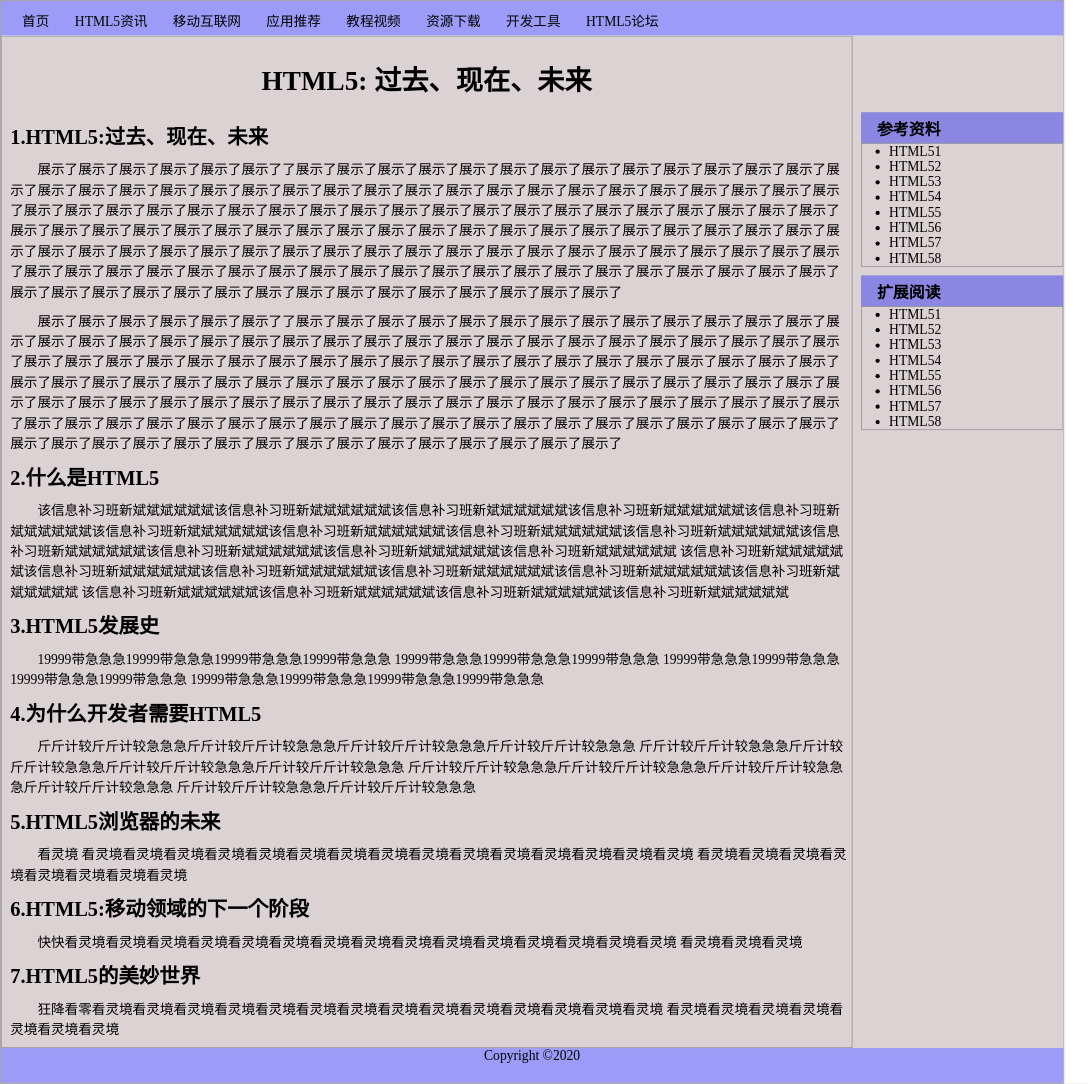
Repository: LstHeart/html-learning
Page: css/案例作业2.html
These files come from the project's save history. The page is drawn as it stood at one moment and after the next save; the edit follows.
The browser window is 1280 px wide. The pictures show the whole page, at 85% of full size.

Above is the page before, as saved 2021-01-06 01:56:50.

After the next save:
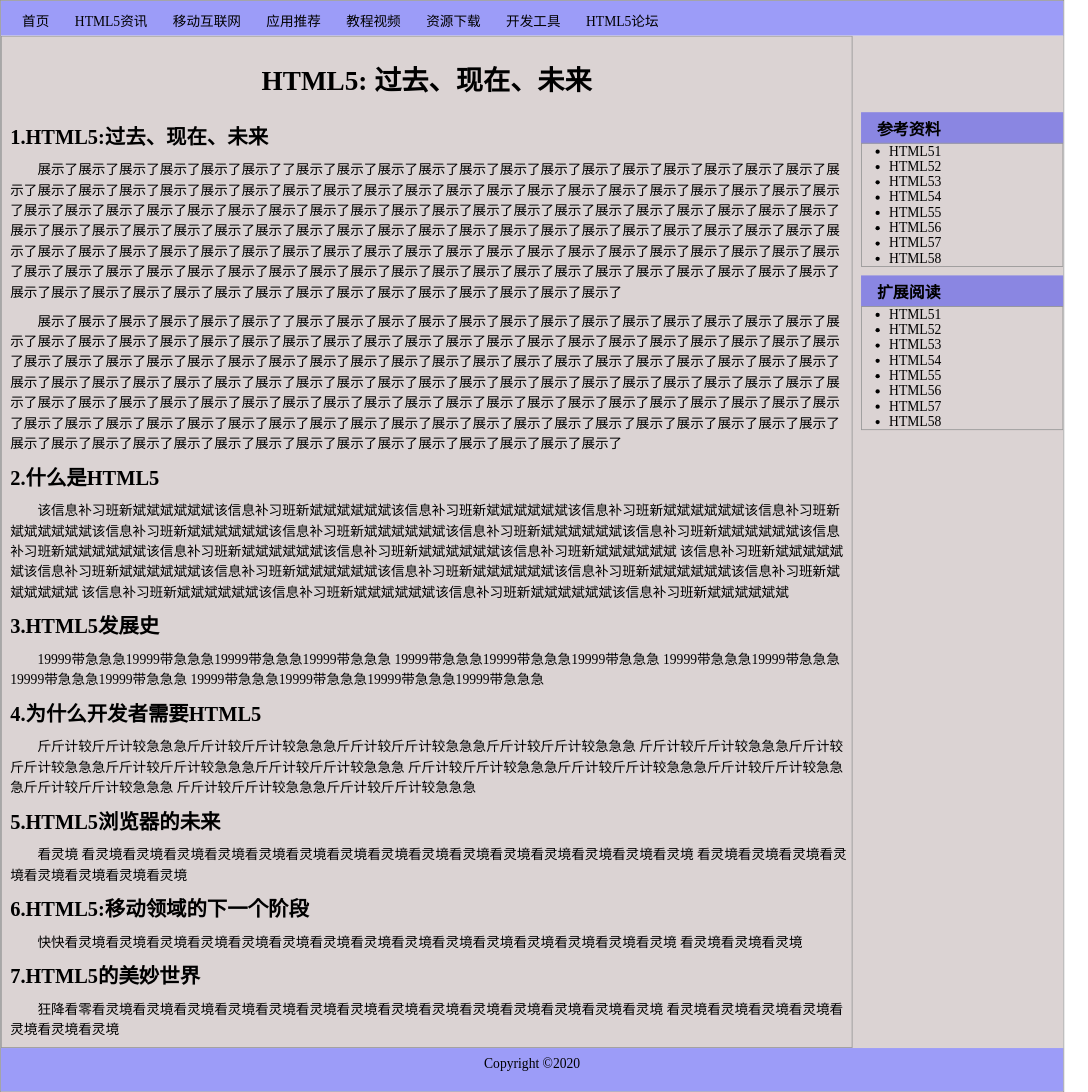
Saved 74 s later.
--- a/css/html5.css
+++ b/css/html5.css
@@ -89,7 +89,7 @@
 }
 .footer{
     /* height: 40px; */
-    margin-top: 0;
-    /* padding-top: 10px; */
+    /* margin-top: 0; */
+    padding-top: 10px;
     vertical-align:middle;
 }

After the save that followed:
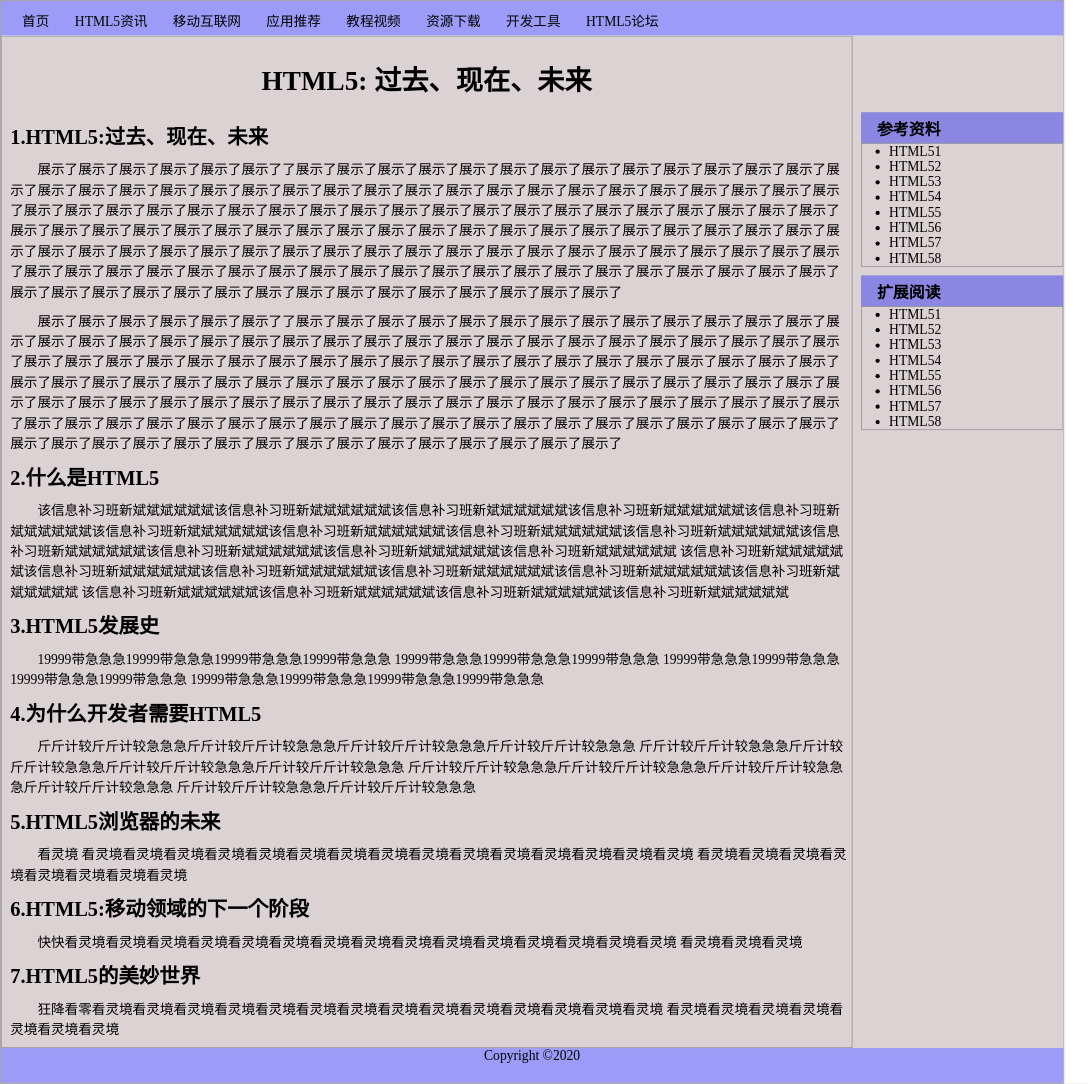
Saved 50 s later.
--- a/css/html5.css
+++ b/css/html5.css
@@ -90,6 +90,6 @@
 .footer{
     /* height: 40px; */
     /* margin-top: 0; */
-    padding-top: 10px;
+    /* padding-top: 10px; */
     vertical-align:middle;
 }
